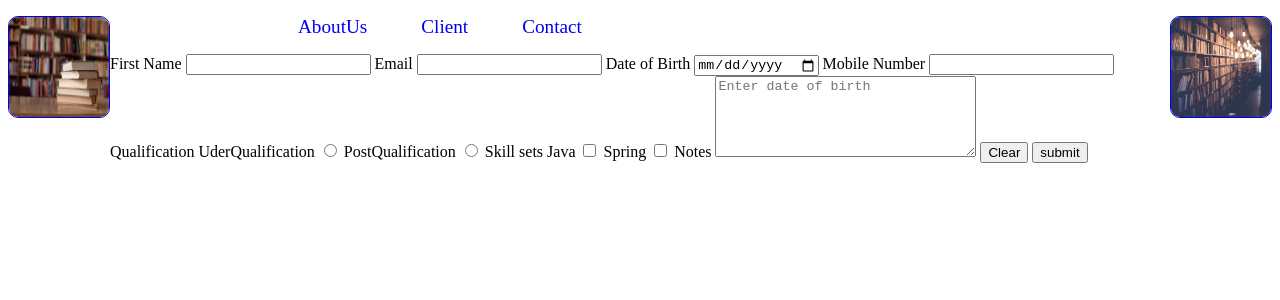
Repository: venkatesakki/JavaDeveloper
Page: html_examples/src/main/webapp/register.html
These files come from the project's save history. The page is drawn as it stood at one moment and after the next save; the edit follows.
The browser window is 1280 px wide. The pictures show the whole page.

Above is the page before, as saved 2022-06-23 06:22:29.

After the next save:
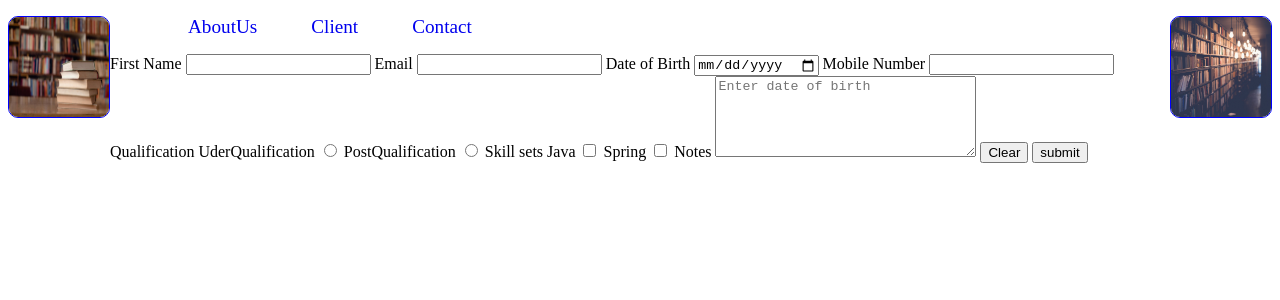
Saved 13 s later.
--- a/html_examples/src/main/webapp/register.html
+++ b/html_examples/src/main/webapp/register.html
@@ -37,7 +37,7 @@ float:right;
 		<img alt="Image of Book" src="images/sample.jpg" class="smallImage left" >
 		<img alt="Image of Book" src="images/sample1.jpeg" class="smallImage right">
 		<nav>
-			<ul style="margin-left:200px">
+			<ul style="margin-left:90px">
 
 				<li><a href="aboutus.html">AboutUs</a></li>
 				<li><a href="client.html">Client</a></li>
